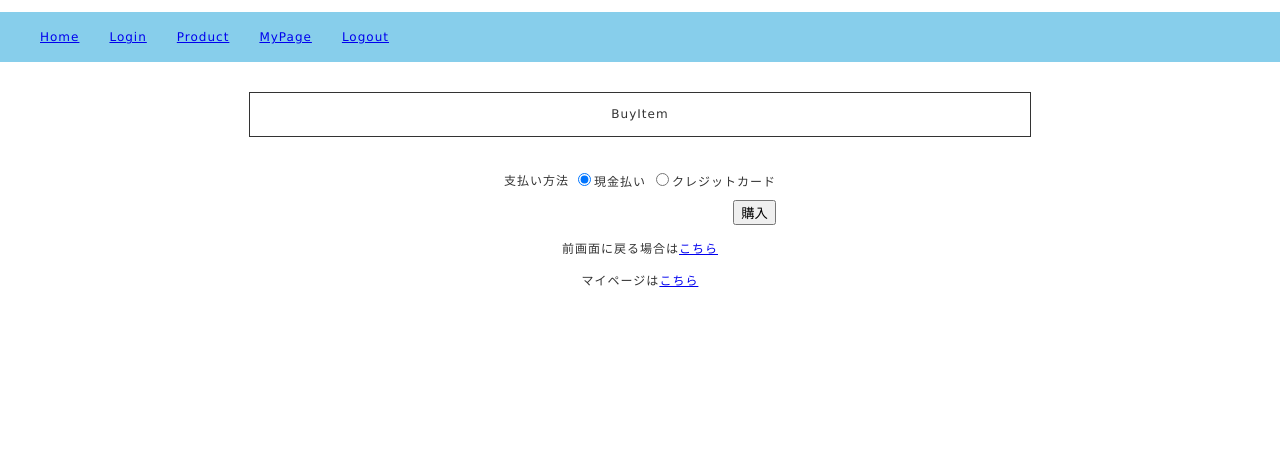
Repository: RYOYAEGAWA/test
Page: http://localhost/ecsite_a/buyItem.jsp
The author's editor kept a copy of each file at every save. The page is drawn from the files as they stood at one save, then again after the next save.
The browser window is 1280 px wide. The pictures show the whole page.
The page is served by Tomcat 9. Other server files are loaded and not shown.

Above is the page before, as saved 2018-05-29 05:02:03.

### java/Eclipse_Data/ecsite_a/WebContent/buyItem.jsp
<%@ page language="java" contentType="text/html; charset=UTF-8" pageEncoding="UTF-8"%>
<%@ taglib prefix="s" uri="/struts-tags"%>

<!DOCTYPE html>
<html>
<head>
		<meta http-equiv="Content-Type" content="text/html; charset=utf-8"/>
		<meta http-equiv="Content-Style-Type" content="text/css" />
		<meta http-equiv="Content-Script-Type" content="text/javascript" />
		<meta http-equiv="imagetoolbar" content="no" />
		<meta name="description" content="" />
		<meta name="keywords" content="" />
		<title>BuyItem画面</title>

	<style type="text/css">

		body {
		margin:0;
		padding:0;
		line-height:1.6;
		letter-spacing:1px;
		font-family:Verdana, Helvetica, sans-serif;
		font-size:12px;
		color:#333;
		background:#fff;
		}

		table {
		text-align:center;
		margin:0 auto;
		}

		#top {
		width:780px;
		margin:30px auto;
		border:1px solid #333;
		}

		/* #header {
		width: 100%;
		height: 80px;
		background-color: black;
		} */

		#main {
		width: 100%;
		height: 500px;
		text-align: center;
		}

		/* #footer {
		width: 100%;
		height: 80px;
		background-color: black;
		clear: both;
		} */

	</style>
</head>
<body>
<s:include value="Header.jsp"></s:include>
		<div id="header">
				<div id="pr">
				</div>
		</div>
		<div id="main">
				<div id="top">
				<p>BuyItem</p>
				</div>
		<div>

		<table>
		<s:form action="BuyItemAction">

          <!-- 商品情報取得 -->
		<s:iterator value="session.AllItem">




			<div class="item_description">
			<img class="image" style="width:300px; height:250px;" src="<s:property value='image_file_path'/>" >

			<br><br>

			<span>車種名:</span>
			<s:property value="itemName" /><br>

			<span>値段:</span>
			<s:property value="itemPrice" /><span>円</span><br>

			<span>スタイル:</span>
			<s:property value="style" /><br>

			<span>排気量:</span>
			<s:property value="engine_cc" /><span>cc</span><br>

			<span>メーカー:</span>
			<s:property value="makerName" /><br>

			<span>購入個数:</span>
					<div class="select-box">
					<select name="count">
						<option value="0" selected="selected">-</option>
						<option value="1">1</option>
						<option value="2">2</option>
						<option value="3">3</option>
						<option value="4">4</option>
						<option value="5">5</option>
					</select>
			</div>

				<s:else>
					<select name="count">
						<option value="0" selected="selected">0</option>
					</select>
				</s:else>
			</div>



	</s:iterator>

					<tr>
							<td>
									<span>支払い方法</span>
							</td>
							<td>
									<input type="radio" name="pay" value="1" checked="checked">現金払い
									<input type="radio" name="pay" value="2">クレジットカード
							</td>
					</tr>
					<tr>
							<td>
									<s:submit value="購入"/>
							</td>
					</tr>







		</s:form>
		</table>
			<div>
				<p>前画面に戻る場合は<a href='<s:url action="GoHomeAction"/>'>こちら</a></p>
				<p>マイページは<a href ='<s:url action="MyPageAction" />'>こちら</a></p>

			</div>
		</div>
	</div>
	<div id="footer">
			<div id="pr">
			</div>
	</div>



</body>
</html>

### java/Eclipse_Data/ecsite_a/WebContent/Header.jsp
<%@ page language="java" contentType="text/html; charset=UTF-8" pageEncoding="UTF-8"%>
<%@ taglib prefix="s" uri="/struts-tags" %>

<!DOCTYPE html>
<html>
<head>
		<meta http-equiv="Content-Type" content="text/html; charset=utf-8"/>
		<meta http-equiv="Content-Style-Type" content="text/css" />
		<meta http-equiv="Content-Script-Type" content="text/javascript" />
		<meta http-equiv="imagetoolbar" content="no" />
		<meta name="description" content="" />
		<meta name="keywords" content="" />
		<title>header表示</title>

		<style type="text/css">
		.contents {
		height:50px;
		width:100%;
		background-color:skyblue;
		line-height:30px;
		}

		li{
		float:left;
		list-style:none;
		color:black;
		padding-right:30px;
		padding-top:10px;


		}

		</style>
</head>
<body>

<!-- ヘッダーのメニュー内容 -->
<header>
	<div class="contents">
		<ul>
			<li><a href='<s:url action="GoHomeAction"/>'>Home</a></li>
			<li><a href='<s:url action="GoLoginAction"/>'>Login</a></li>
			<li><a href='<s:url action="ProductPageAction"/>'>Product</a></li>
			<li><a href='<s:url action="MyPageAction"/>'>MyPage</a></li>
			<li><a href='<s:url action="LogoutAction"/>'>Logout</a></li>
		</ul>
	</div>
</header>





</body>
</html>

After the next save:
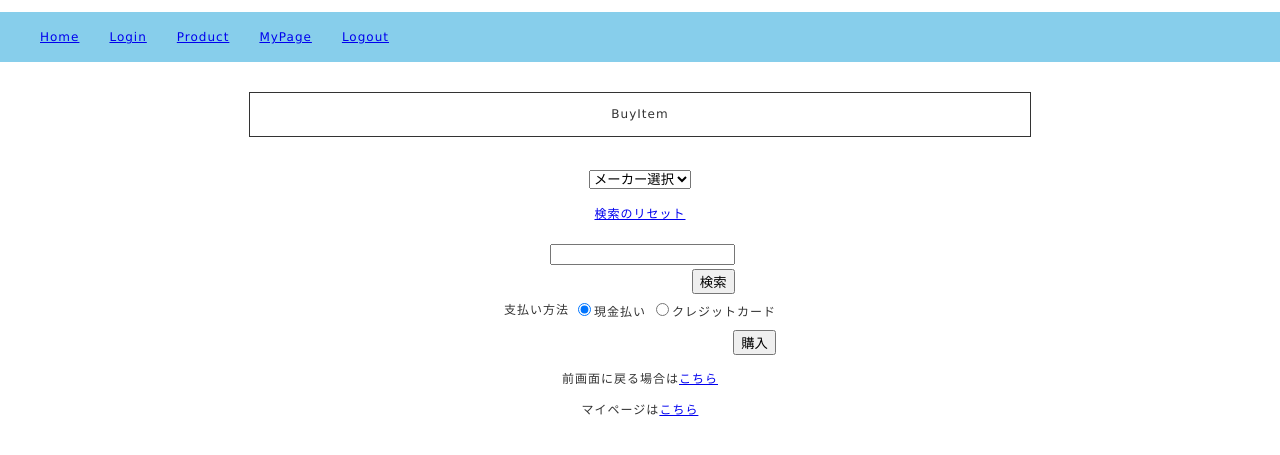
Saved 33 min 59 s later.
--- a/java/Eclipse_Data/ecsite_a/WebContent/buyItem.jsp
+++ b/java/Eclipse_Data/ecsite_a/WebContent/buyItem.jsp
@@ -70,6 +70,43 @@
 		<div>
 
 		<table>
+
+	<!-- メーカー表示機能 -->
+	<s:form action="MakerSearchAction">
+	<tr>
+		<td>
+		<select name="sortCategory" onchange="submit(this.form)">
+			<option value="0" selected="selected">メーカー選択</option>
+			<option value="kawasaki">カワサキ</option>
+			<option value="yamaha">ヤマハ</option>
+			<option value="harley-davidson">ハーレー</option>
+		</select>
+		</td>
+	</tr>
+	</s:form>
+
+
+	<p><a href='<s:url action="ProductPageAction"/>'>検索のリセット</a></p>
+
+
+	<!-- 商品検索機能 -->
+	<s:form action="SearchAction">
+	<tr>
+		<td><s:textfield name="searchWord" value=""/><s:submit class="button" value="検索"/></td>
+	</tr>
+	</s:form>
+
+	<!-- エラーーメッセージ -->
+	<s:if test="searchMessage != null ">
+		<p class="error-message"><s:property value="searchMessage" escape="false"/></p>
+	</s:if>
+
+
+
+
+
+
+
 		<s:form action="BuyItemAction">
 
           <!-- 商品情報取得 -->
